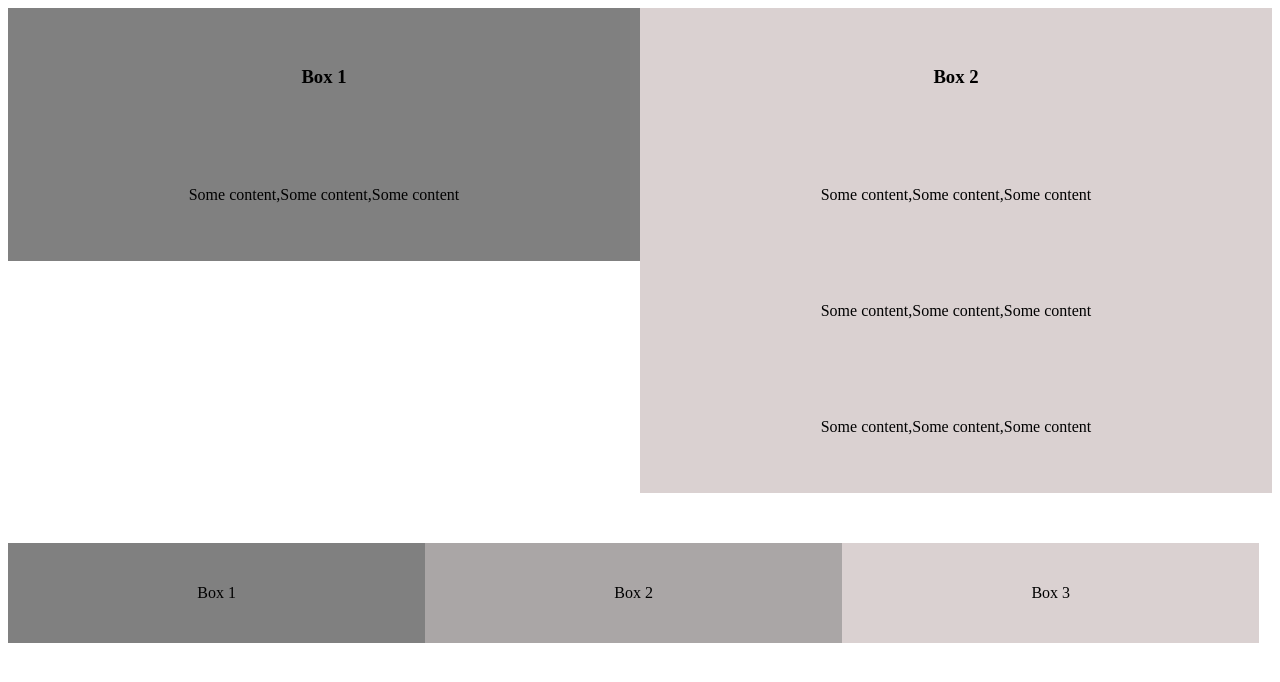
Repository: LongNguyen2504/T3H-FrondEnd
Page: Lesson4_CSS_Lecture.html
These files come from the project's save history. The page is drawn as it stood at one moment and after the next save; the edit follows.
The browser window is 1280 px wide. The pictures show the whole page.

Above is the page before, as saved 2021-12-03 20:55:26.

### Lesson4_CSS_Lecture.html
<!DOCTYPE html>
<html lang="en">
<head>
    <meta charset="UTF-8">
    <meta http-equiv="X-UA-Compatible" content="IE=edge">
    <meta name="viewport" content="width=device-width, initial-scale=1.0">
    <title>Document</title>
    <style>
        /* .ancestor-div{
            width: 100%;
            height: 100%;
            float:left;
            background-color: blueviolet;

        }
        .test{
            float: left;
            width: 30%;
            height: 180px;
            display: inline-block;
            text-align: center;
            padding: 30px;
        } */
        .ancestor{
            width: 100%;
            overflow: auto;

        }
        .box1{
            float: left;
            width: 50%;
            height: auto;
            text-align: center;
            /* padding-top: 50px; */
            line-height: 100px;
            overflow: auto;

        }
        .box2{
            margin-top: 50px;
            float: left;
            width: 33%;
            height: 100px;
            text-align: center;
            /* padding-top: 50px; */
            line-height: 100px;
        }
        p{
            margin-top: 5px;
        }
    </style>
</head>
<body>
    <!-- <div class="ancestor-div">
        <div class="test" style="background-color: bisque;">Test1</div>
        <div class="test" style="background-color: aqua;">Test2</div>
        <div class="test" style="background-color: brown;">Test3</div>
    </div> -->
    <div class="ancestor">
        <div class="box1" style="background-color: gray;">
            <h3>Box 1</h3>
            <p>Some content,Some content,Some content</p>
        </div>
        <div class="box1" style="background-color: rgb(218, 209, 209);">
            <h3>Box 2</h3>
            <p>Some content,Some content,Some content</p>
            <p>Some content,Some content,Some content</p>
            <p>Some content,Some content,Some content</p>
        </div>
    </div>
    <div class="ancestor">
        <div class="box2" style="background-color: gray;">Box 1</div>
        <div class="box2" style="background-color: rgb(170, 166, 166);">Box 2</div>
        <div class="box2" style="background-color: rgb(218, 209, 209);">Box 3</div>
    </div>

</body>
</html>

After the next save:
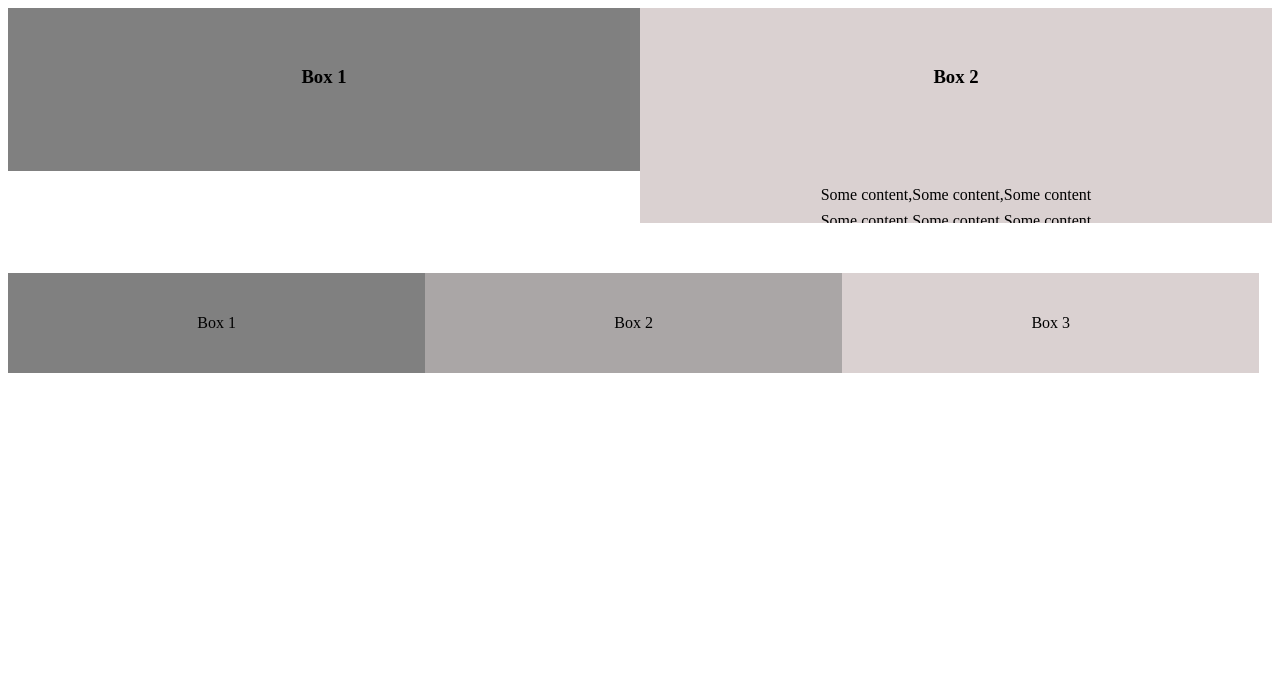
Saved 35 s later.
--- a/Lesson4_CSS_Lecture.html
+++ b/Lesson4_CSS_Lecture.html
@@ -46,7 +46,8 @@
             line-height: 100px;
         }
         p{
-            margin-top: 5px;
+
+            height: 10px;
         }
     </style>
 </head>
